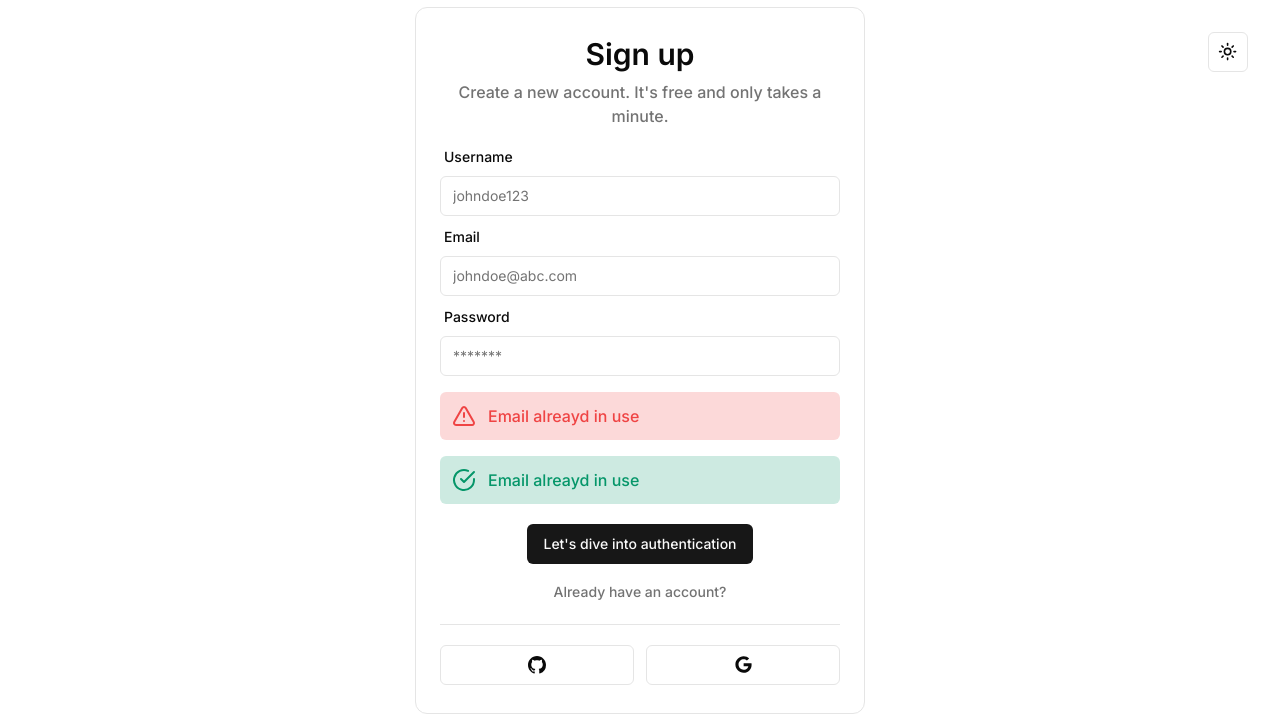
Repository: nickgoel31/authentication-toolkit
Page: /sign-up
An editor plug-in stored every save of this project. The page is shown before and after the next save, followed by the edit.
The browser window is 1280 px wide. The pictures show the whole page.
The project was rebuilt for these pictures with package versions that can differ from the ones it lists, and the page was loaded fresh each time. The framework's server and built-in components were replaced by stand-ins that run in the browser. Also part of the build but not shown: next.config.mjs.

Above is the page before, as saved 2024-02-04 18:09:11.

After the next save:
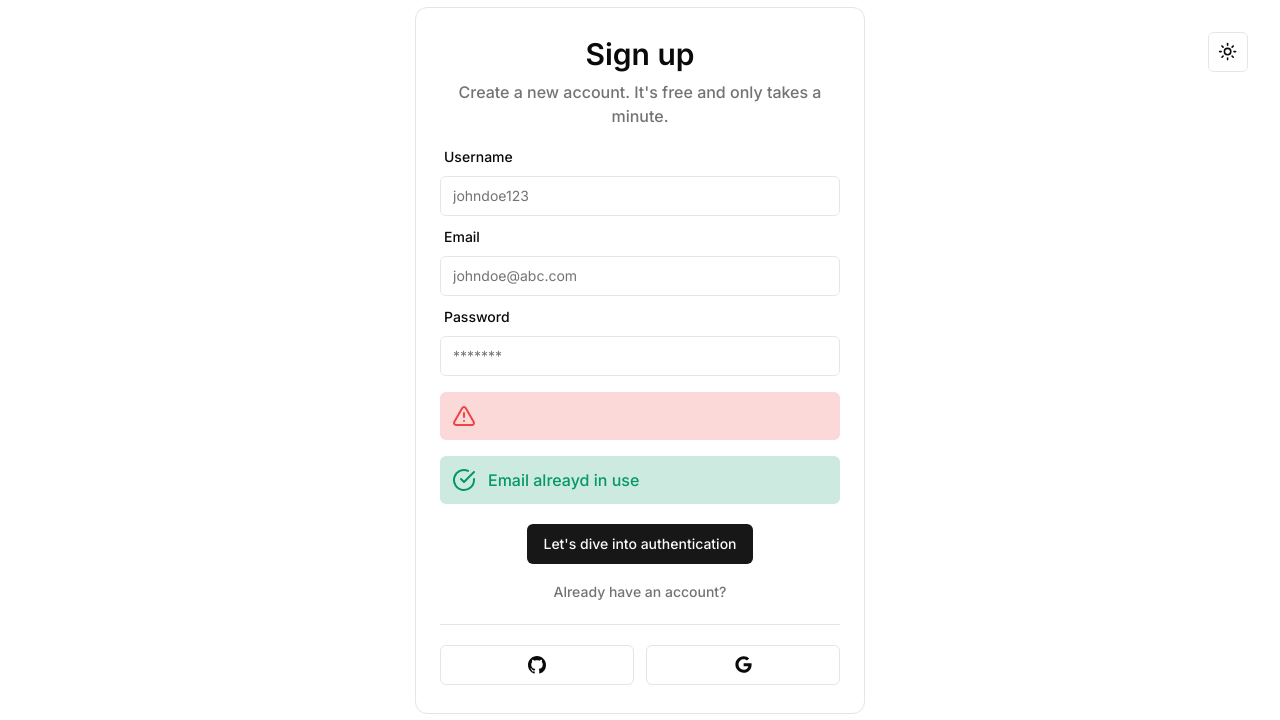
Saved 38 s later.
--- a/components/auth/error-message.tsx
+++ b/components/auth/error-message.tsx
@@ -1,11 +1,11 @@
 import { AlertTriangle } from 'lucide-react'
 import React from 'react'
 
-const ErrorMessage = () => {
+const ErrorMessage = ({message} : {message : string}) => {
   return (
     <div className='w-full p-3 flex items-center bg-destructive/20 text-destructive mt-4 gap-3 font-medium mb-4 rounded-md'>
         <AlertTriangle />
-        Email alreayd in use
+        {message}
     </div>
   )
 }
